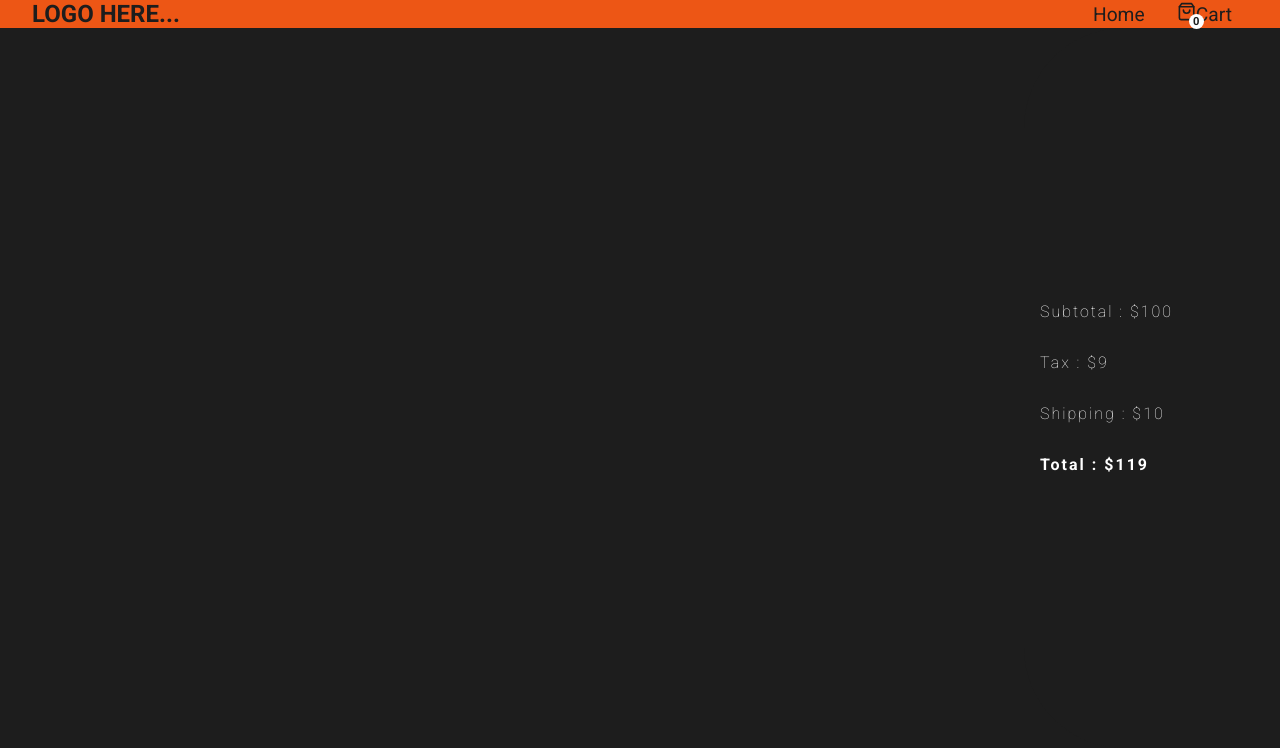
Repository: suraj-yadav7/eCommerce-Cart-React
Page: /cart
These files come from the project's save history. The page is drawn as it stood at one moment and after the next save; the edit follows.
The browser window is 1280 px wide. The pictures show the whole page.
The project was rebuilt for these pictures with package versions that can differ from the ones it lists, and the page was loaded fresh each time. Also part of the build but not shown: src/Components/Home.jsx.

Above is the page before, as saved 2023-03-26 11:08:49.

### src/App.js
import "./styles/app.scss";
import { BrowserRouter as Router,Routes, Route} from "react-router-dom";
import Header from "./Components/Header"
import Home from "./Components/Home"
import { Toaster } from "react-hot-toast";
import Cart from "./Components/Cart";
function App() {
  return (
<Router>
<Header/>
<Routes>
  <Route path="/" element={<Home/>}/>
  <Route path="/cart" element={<Cart/>} />
</Routes>
<Toaster/>
</Router>
  );
}

export default App;

### src/styles/app.scss
@import url('https://fonts.googleapis.com/css2?family=Roboto:ital,wght@0,100;0,300;0,400;0,500;0,700;1,700&display=swap');

@import "colors";
@import "header";
@import "home";
@import "cart";

*{
    margin:0;
    padding:0;
    box-sizing: border-box;
    text-decoration: none;
    font-family: "Roboto", sans-serif;
}

body{
    background-color: $primary;

}

h1{
    color: $secondary;
}

### src/Components/Header.jsx
import React from 'react'
import { Link } from 'react-router-dom'
import {FiShoppingBag} from "react-icons/fi"

const Header = () => {
  return (
 <>
 <nav>
    <h2>Logo here...</h2>
    <div>
        <Link to={"/"}>Home</Link>
        <Link to={"/cart"}><FiShoppingBag/>Cart
        <p>0</p>
        </Link>
    </div>
 </nav>

 </>
  )
}

export default Header

### src/Components/Cart.jsx
import React from "react";
import {AiFillDelete} from "react-icons/ai"
import img1 from "../Assets/img1.jpg"

const Cart = () =>{
    return(

        <div className="cart">
            <main>{
                <CartItem
                imgSrc={img1}
                price={1000}
                name={"MacBook"}
                qnty={1}
                id={"sldflkm1"}
                />
                }
                </main>
            <aside>
                <h2>Subtotal : ${100}</h2>
                <h2>Tax : ${9}</h2>
                <h2>Shipping : ${10}</h2>
                <h2>Total : ${119}</h2>
            </aside>
        </div>
    )
}

const CartItem = ({imgSrc,price, name, qnty, decrement, increment, deleteHandler,id}) =>{
<div className="cartItem">
    <img src={imgSrc} alt="#"/>
    <article>
        <h3>{name}</h3>
        <p>${price}</p>
    </article>
    <div>
        <button onClick={()=>decrement(id)}>-</button>
        <p>{qnty}</p>
        <button onClick={()=>increment(id)}>+</button>
    </div>
    <AiFillDelete onClick={()=> deleteHandler(id)}/>
</div>
}
const demoDiv =()=>{
    <div>

    <h1>this is a demo div of cart</h1>
    </div>

}

export default Cart

### src/styles/colors.scss
$primary : rgb(29,29,29);
$primarydark : rgb(18,18,18);
$secondary : rgb(237,86,21);
$secondarydark : rgb(197,72,18);
$tertiary: #ffff;

### src/styles/header.scss
@import "colors";

nav{
    background-color: $secondary;
    display: flex;
    justify-content: space-between;
    padding: 0 2rem;

    >h2{
        text-transform: uppercase;
        color: $primary;
    }
    >div{
        display: flex;
        align-items: center;

    >a{
            color:$primary;
            font-size: 1.2rem;
            margin: 0 1rem;
            transition: all 0.3s;
            &:hover{
                opacity: 0.5;
            }
            >p{
                position:absolute;
                background-color: $tertiary;
                border-radius: 50%;
                width: 15px;
                height: 15px;
                font: 900 0.7rem "Roboto";
                display: grid;
                place-items: center;
                transform: translate(80%, -80%);
            }
        }
    }


}

### src/styles/home.scss
@import "colors";
.home{
    display: flex;
    justify-content: center;
    flex-wrap: wrap;
    padding: 3rem;
}

.productCard {
    background-color : $tertiary;
    width: 208px;
    margin: 2rem;
    border-radius : 5px;
    padding: 2rem;
    transition: all 0.5s;
    display: flex;
    flex-direction : column;
    align-items: center;

    img{
        width: 100%;
        height: 100%;
    }

    h4{
        margin: 1;
    }

    button{
        cursor: pointer;
        background-color: $secondary;
        border: none;
        color: $tertiary;
        border-radius: 5px;
        font-weight: 400;
        width: 60%;
        margin: 1rem;
        height: 3rem;
        transition: all 0.5;
        &:hover{
            background-color: $secondarydark;
        }
    }
    &:hover{
        transform: scale(1.1);
    }
}

### src/styles/cart.scss
@import "colors";

.cart{
    display: grid;
    grid-template-columns: 4fr 1fr;
    height: 100vh;
    >main{
        padding: 2rem;
        overflow-y: auto ;
        >h1{
            color: $tertiary;
            font: 100 2rem "Roboto";
        }
    }

    >aside{
        background-color: $primary;
        color: $tertiary;
        height: 100%;
        width: 100%;
        border-radius: 100px 0 0 100px;
        display: flex;
        justify-content: center;
        flex-direction: column;
        box-shadow: -10 0 10 rgba(0,0,0,0.182);
        h2{
            margin: 1rem;
            font: 100 1.0rem "Roboto";
            letter-spacing: 2px;
            &:last-of-type{
                font-weight: 600;
            }
        }
    }
}

.cartItem{
    background-color: green;
    border-radius: 10px;
    width: 100%;
    margin: 2rem 0;
    padding: 1rem;
    display: grid;
    grid-template-columns: 1fr 3fr 1fr 1fr;
    align-items: center;
    img{
        width: 100%;
        height: 200px;
        object-fit: contain;
    }
    >div{
        display: flex;
        align-items: center;
        height: 100%;
        >button{
            width: 30px;
            height: 30px;
            border: none;
            background-color: $primary;
            color: $tertiary;
            cursor: pointer;
            &:hover{
                background-color: $primary;
            }
        }
        p{
            width: 30px;
            height: 30px;
            display: grid;
            place-items: center;
        }
    }

    svg{
        cursor: pointer;
        font-size: 1.5rem;
        display: inline-block;
        margin: auto;
        &:hover{
            color: $secondary;
        }
    }

}

Loaded but not shown: public/index.html (common file); src/index.js (common file)

After the next save:
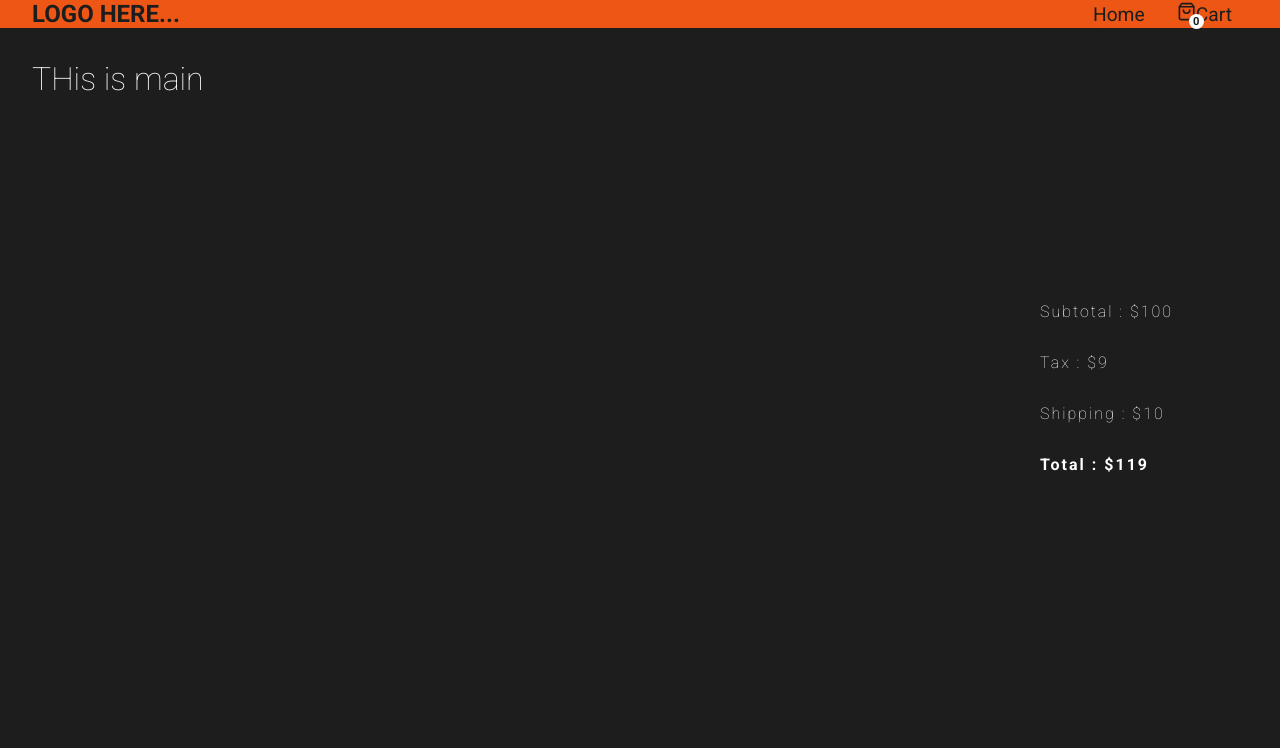
Saved 40 s later.
--- a/src/Components/Cart.jsx
+++ b/src/Components/Cart.jsx
@@ -6,7 +6,8 @@
     return(
 
         <div className="cart">
-            <main>{
+            <main>
+                <h1>THis is main</h1>{
                 <CartItem
                 imgSrc={img1}
                 price={1000}
